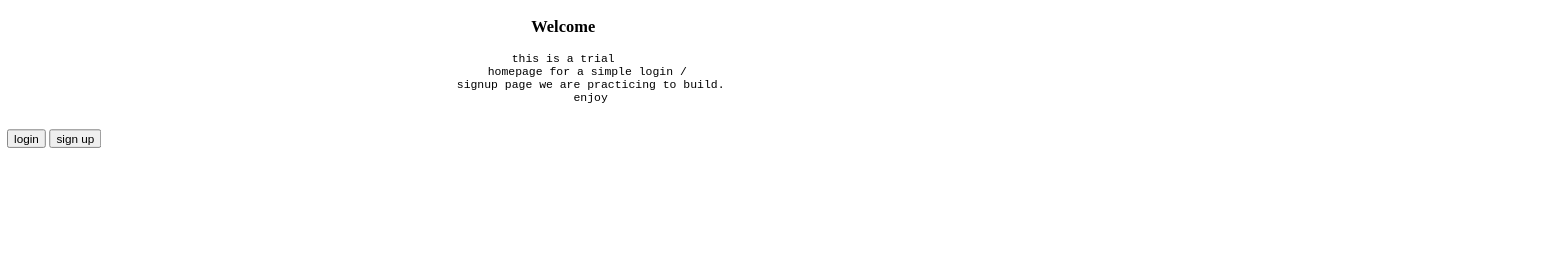
Repository: yhung004/TUTORIAL_PAGE
Page: home.html
The author's editor kept a copy of each file at every save. The page is drawn from the files as they stood at one save, then again after the next save.
The browser window is 1280 px wide. The page is 1280 px wide, then 1772 px, so the pictures cover 1772 px, including what lies to the right of the window. The pictures show the whole page, at 88% of full size.

Above is the page before, as saved 2024-04-09 23:49:06.

### home.html
<!DOCTYPE html>
<html lang="en">
<head>
    <meta charset="UTF-8">
    <meta name="viewport" content="width=device-width, initial-scale=1.0">
    <title>Document</title>
    <link rel="stylesheet" href="main.css">
</head>
<body>
    <h3 class="welcome">Welcome</h3>
    <pre class="welcome_text">this is a trial
        homepage for a simple login /
        signup page we are practicing to build.
        enjoy
    </pre>
    <div class="buttons">
        <input type="button" value="login" class="button_a">
        <input type="button" value="sign up" class="button_b">
    </div>
</body>
</html>

### main.css
.welcome{
    text-align: center;
}
.welcome_text {
    text-align:center;
}
.buttons {
    margin: auto;
}

After the next save:
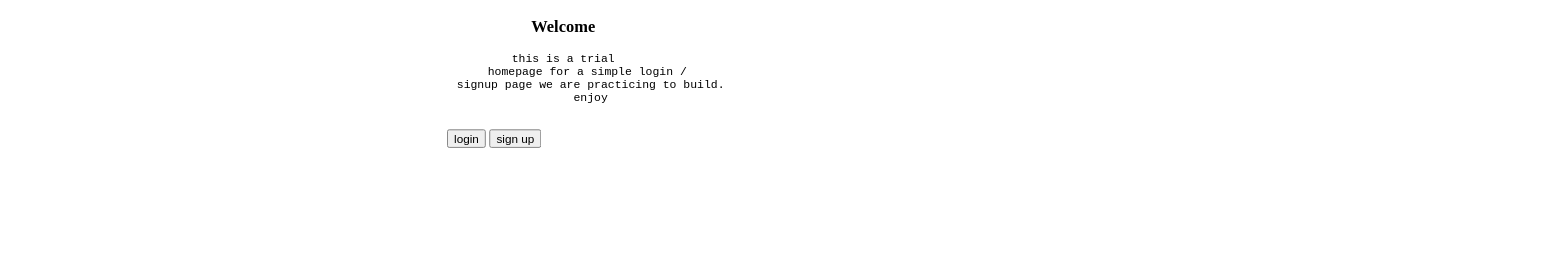
Saved 31 s later.
--- a/main.css
+++ b/main.css
@@ -5,5 +5,5 @@
     text-align:center;
 }
 .buttons {
-    margin: auto;
+    margin : 0 -500px 0 500px
 }
